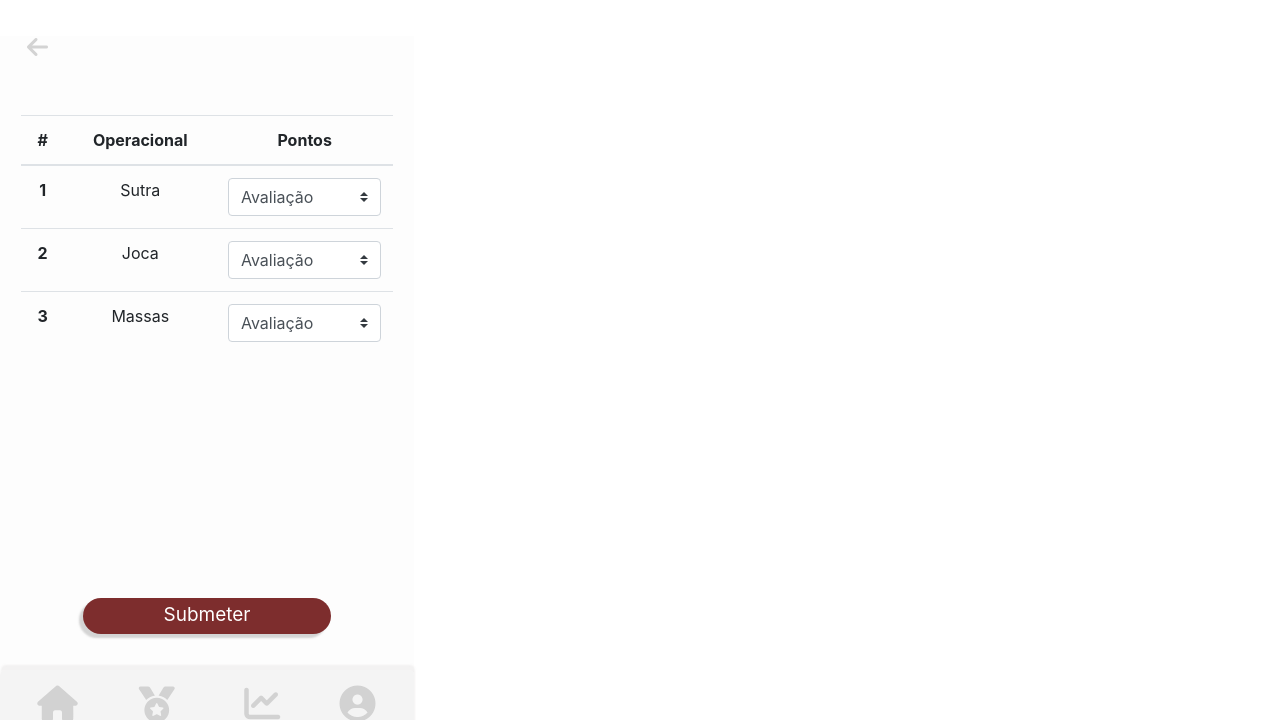
Repository: grupodetrabalhoeficiente/D213
Page: D213/Frontend/AvaliarOperacionais.html
The author's editor kept a record of every edit. The page is drawn from the files as they stood at one moment, then again after the next edit.
The browser window is 1280 px wide. The pictures show the whole page.
Some web libraries are served in a nearby version.

Above is the page before.

After the next edit:
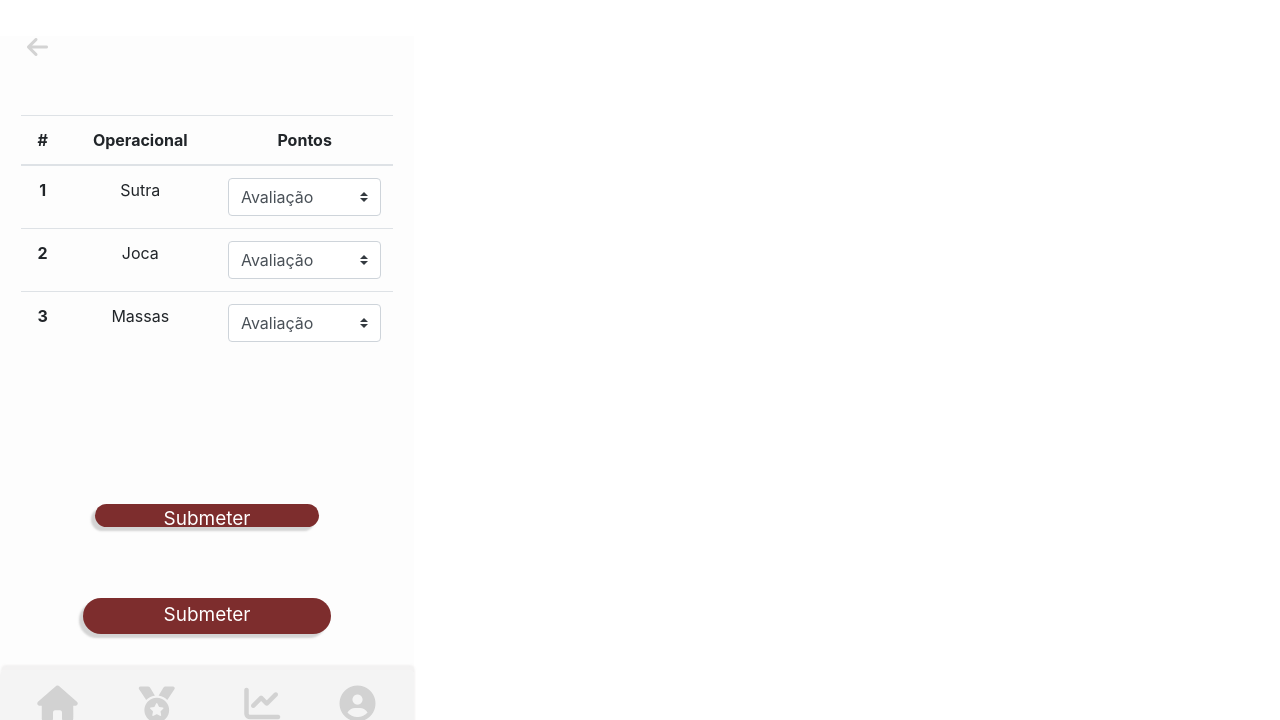
The edit:
--- a/D213/Frontend/AvaliarOperacionais.html
+++ b/D213/Frontend/AvaliarOperacionais.html
@@ -74,6 +74,8 @@
 </tr>
 </tbody>
 </table>
+<input id="submit" type ="button" class="SubmeterClass" id="SubmeterId" value="Submeter"></input>
+<form id="formAvaliar">
 </div>
 <!--botao confirmar-->
 <input id="submit" type ="button" class="SubmeterClass" id="SubmeterId" value="Submeter"></input>
